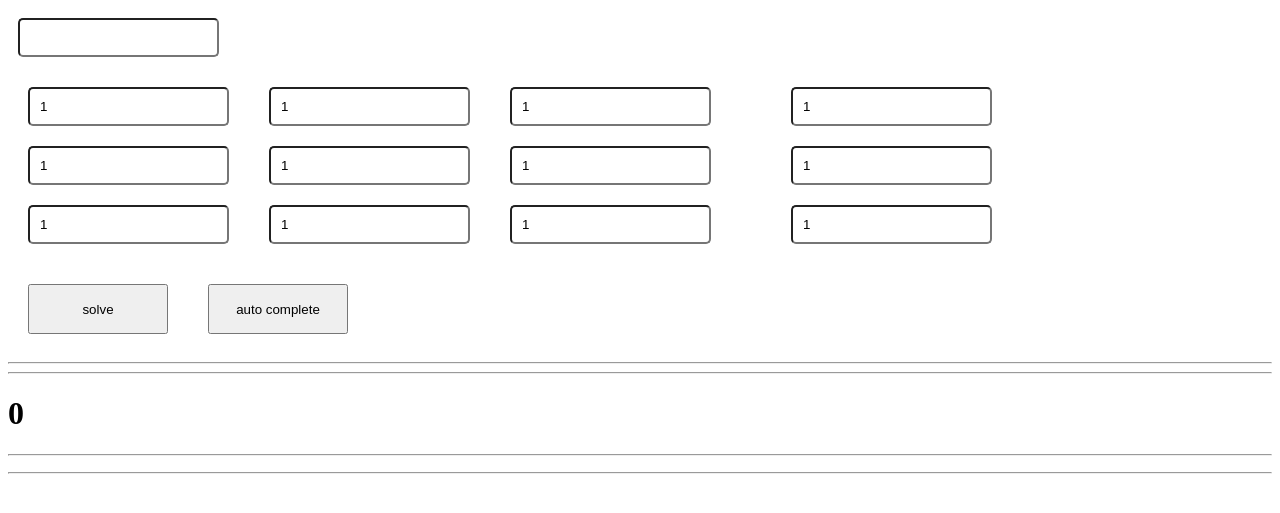
Repository: rutsguifd/dlya-ksyushi
Page: /
An editor plug-in stored every save of this project. The page is shown before and after the next save, followed by the edit.
The browser window is 1280 px wide. The pictures show the whole page.
The project was rebuilt for these pictures with package versions that can differ from the ones it lists, and the page was loaded fresh each time.

Above is the page before, as saved 2022-10-04 08:18:52.

### src/App.js
import { useEffect, useState } from "react";
import Input from "./components/Input";
import {
  autoCompleteMatrix,
  autoCompleteMatrix2,
} from "./utils/autoCompleteMatrix";
import { det } from "./utils/determinant";
import { gauss } from "./utils/gauss";
import { inverse } from "./utils/inverse";

function App() {
  const [columnCount, setColumnCount] = useState(3);
  const [twoDimArray, setTwoDimArray] = useState(
    Array(columnCount)
      .fill(0)
      .map(() => new Array(columnCount).fill(1))
  );
  const [oneDimArray, setOneDimArray] = useState(Array(columnCount).fill(1));
  const [solution, setSolution] = useState([]);
  const [deter, setDeter] = useState(0);
  const [inversed, setInversed] = useState([]);
  const onClickHandler = () => {
    setSolution(gauss(JSON.parse(JSON.stringify(twoDimArray)), oneDimArray));
    setDeter(det(JSON.parse(JSON.stringify(twoDimArray))));
    setInversed(inverse(JSON.parse(JSON.stringify(twoDimArray))));
  };
  const onClickHandler2 = () => {
    setTwoDimArray(autoCompleteMatrix(columnCount));
    setOneDimArray(autoCompleteMatrix2(columnCount));
  };
  if (solution.includes(NaN)) {
    setSolution(["matryca ne sumisna"]);
  }
  useEffect(() => {
    setTwoDimArray(
      Array(columnCount)
        .fill(0)
        .map(() => new Array(columnCount).fill(1))
    );
    setOneDimArray(Array(columnCount).fill(1));
  }, [columnCount]);
  const onChangeHandler = (ind1, ind2, value) => {
    const copy = JSON.parse(JSON.stringify(twoDimArray));
    copy[ind2][ind1] = value;
    setTwoDimArray(copy);
  };
  const onChangeHandler2 = (ind1, value) => {
    const copy = JSON.parse(JSON.stringify(oneDimArray));
    copy[ind1] = value;
    setOneDimArray(copy);
  };
  console.log(twoDimArray, oneDimArray, solution);
  return (
    <div className="App">
      <Input onChange={(e) => setColumnCount(+e.target.value)} />
      <div style={{ display: "flex" }}>
        {twoDimArray.map((rows, ind) => {
          return (
            <div
              style={{ margin: 10, display: "flex", flexDirection: "column" }}
              key={ind}
            >
              {rows.map((item, ind2) => (
                <Input
                  value={twoDimArray[ind2][ind]}
                  onChange={(e) => onChangeHandler(ind, ind2, +e.target.value)}
                  key={ind2}
                />
              ))}
            </div>
          );
        })}
        <div
          style={{
            margin: 10,
            marginLeft: 50,
            display: "flex",
            flexDirection: "column",
          }}
        >
          {oneDimArray.map((item, ind) => (
            <Input
              key={ind}
              value={oneDimArray[ind]}
              onChange={(e) => onChangeHandler2(ind, +e.target.value)}
            />
          ))}
        </div>
      </div>
      <button
        style={{ margin: 20, height: 50, width: 140 }}
        onClick={() => onClickHandler()}
      >
        solve
      </button>
      <button
        style={{ margin: 20, height: 50, width: 140 }}
        onClick={() => onClickHandler2()}
      >
        auto complete
      </button>
      <hr />
      {solution.map((x, ind) => (
        <h2 key={ind}>{x}</h2>
      ))}
      <hr />
      <h1>{deter}</h1>
      <hr />
      <div style={{ display: "flex" }}>
        {inversed.map((items, ind) => {
          return (
            <div
              key={ind}
              style={{ margin: 10, display: "flex", flexDirection: "column" }}
            >
              {items.map((item, ind2) => (
                <h2 key={ind2}>{item}</h2>
              ))}
            </div>
          );
        })}
      </div>
      <hr />
      <div></div>
    </div>
  );
}

export default App;

### src/components/Input.jsx
import React from 'react'

const Input = (props) => {
  return (
    <input style={{padding: 10, margin: 10, borderRadius: 5}} {...props} />
  )
}

export default Input

### src/utils/autoCompleteMatrix.js
export const autoCompleteMatrix = (col) => {
  let res = Array(col)
    .fill(0)
    .map(() => new Array(col).fill(1));

  for (let i = 0; i < col; i++) {
    for (let j = 0; j < col; j++) {
      res[i][j] = 1 / (i + 1 + j + 1 - 1);
    }
  }
  return res;
};


export const autoCompleteMatrix2 = (col) => {
  let res = []
  let mat = autoCompleteMatrix(col)
  for (let i = 0; i < col; i++) {
    res.push(Math.pow(i+1, 2))
  }
  return mat.map(arr => arr.reduce((prev, curr, i) => curr*res[i]+prev))
};

### src/utils/determinant.js
export function det(A) {
  // if (A.length === 2) {
  //   return A[0][0] * A[1][1] - A[0][1] * A[1][0];
  // }
  // let answer = 0;
  // for (let i = 0; i < A.length; i++) {
  //   answer += Math.pow(-1, i) * A[0][i] * det(delRnC(A, i));
  // }
  // console.log(answer);

  // return answer;
  let i, k, j;

  let A_copy = [];
  let x_copy = [];
  let n = A_copy.length;
  let abs = Math.abs;

  for (i = 0; i < A_copy.length; i++) {
    A_copy[i].push(x_copy[i]);
  }

  for (i = 0; i < n; i++) {
    // Search for maximum in this column
    let maxEl = abs(A_copy[i][i]),
      maxRow = i;
    for (k = i + 1; k < n; k++) {
      if (abs(A_copy[k][i]) > maxEl) {
        maxEl = abs(A_copy[k][i]);
        maxRow = k;
      }
    }
    // Swap maximum row with current row (column by column)
    for (k = i; k < n + 1; k++) {
      let tmp = A_copy[maxRow][k];
      A_copy[maxRow][k] = A_copy[i][k];
      A_copy[i][k] = tmp;
    }
    // Make all rows below this one 0 in current column
    for (k = i + 1; k < n; k++) {
      let c = -A_copy[k][i] / A_copy[i][i];
      for (j = i; j < n + 1; j++) {
        if (i === j) {
          A_copy[k][j] = 0;
        } else {
          A_copy[k][j] += c * A_copy[i][j];
        }
      }
    }
  }
  let determinant = 1;
  for (let i = 0; i < A.length; i++) {
    determinant = determinant * A[i][i];
  }
  return determinant;
}

// function delRnC(M, index) {
//   let temp = [];

//   for (let i = 0; i < M.length; i++) {
//     temp.push(M[i].slice(0));
//   }
//   temp.splice(0, 1);
//   for (let i = 0; i < temp.length; i++) {
//     temp[i].splice(index, 1);
//   }
//   return temp;
// }

### src/utils/gauss.js
// let abs = Math.abs;

// function array_fill(i, n, v) {
//   let a = [];
//   for (; i < n; i++) {
//     a.push(v);
//   }
//   return a;
// }

// export function gauss(A, x) {
//   let i, k, j;

//   // робимо одину матрицю
//   for (i = 0; i < A.length; i++) {
//     A[i].push(x[i]);
//   }
//   let n = A.length;

//   for (i = 0; i < n; i++) {
//     // шукаємо максимальну колонку
//     let maxEl = abs(A[i][i]),
//       maxRow = i;
//     for (k = i + 1; k < n; k++) {
//       if (abs(A[k][i]) > maxEl) {
//         maxEl = abs(A[k][i]);
//         maxRow = k;
//       }
//     }

//     // міняємо максимальний рядок з настоящим
//     for (k = i; k < n + 1; k++) {
//       let tmp = A[maxRow][k];
//       A[maxRow][k] = A[i][k];
//       A[i][k] = tmp;
//     }

//     // робимо всі рядки нижче даного 0 у даній колонці
//     for (k = i + 1; k < n; k++) {
//       let c = -A[k][i] / A[i][i];
//       for (j = i; j < n + 1; j++) {
//         if (i === j) {
//           A[k][j] = 0;
//         } else {
//           A[k][j] += c * A[i][j];
//         }
//       }
//     }
//   }

//   // рішаємо рівняння Ax=b для верхньої трикутної матриці A
//   x = array_fill(0, n, 0);
//   for (i = n - 1; i > -1; i--) {
//     x[i] = A[i][n] / A[i][i];
//     for (k = i - 1; k > -1; k--) {
//       A[k][n] -= A[k][i] * x[i];
//     }
//   }

//   return x;
// }

var abs = Math.abs;

function array_fill(i, n, v) {
  var a = [];
  for (; i < n; i++) {
    a.push(v);
  }
  return a;
}

export function gauss(A, x) {
  //Index variables
  var i, k, j;

  var A_copy = [];
  var x_copy = [];

  //Copy A
  for (i = 0; i < A.length; ++i) {
    A_copy[i] = A[i].slice();
  }

  //Copy b
  for (i = 0; i < x.length; ++i) {
    x_copy[i] = x[i];
  }
  // Just make a single matrix
  for (i = 0; i < A_copy.length; i++) {
    A_copy[i].push(x_copy[i]);
  }
  var n = A_copy.length;

  for (i = 0; i < n; i++) {
    // Search for maximum in this column
    var maxEl = abs(A_copy[i][i]),
      maxRow = i;
    for (k = i + 1; k < n; k++) {
      if (abs(A_copy[k][i]) > maxEl) {
        maxEl = abs(A_copy[k][i]);
        maxRow = k;
      }
    }
    // Swap maximum row with current row (column by column)
    for (k = i; k < n + 1; k++) {
      var tmp = A_copy[maxRow][k];
      A_copy[maxRow][k] = A_copy[i][k];
      A_copy[i][k] = tmp;
    }
    // Make all rows below this one 0 in current column
    for (k = i + 1; k < n; k++) {
      var c = -A_copy[k][i] / A_copy[i][i];
      for (j = i; j < n + 1; j++) {
        if (i === j) {
          A_copy[k][j] = 0;
        } else {
          A_copy[k][j] += c * A_copy[i][j];
        }
      }
    }
  }
  //determinant
  let determinant = 1;
  for (i = 0; i < A_copy.length; i++) {
    determinant = determinant * A_copy[i][i];
  }
  if (determinant === 0) {
    alert("matrica me sumisna");
    return [0, 0, 0];
  } else {
    alert(-1 * determinant);
    // Solve equation Ax=b for an upper triangular matrix A
    console.log(A_copy);
    x_copy = array_fill(0, n, 0);
    for (i = n - 1; i > -1; i--) {
      x_copy[i] = A_copy[i][n] / A_copy[i][i];
      for (k = i - 1; k > -1; k--) {
        A_copy[k][n] -= A_copy[k][i] * x_copy[i];
      }
    }
    return x_copy;
  }
}

### src/utils/inverse.js
// export function inverse(_A) {
//   let temp,
//     N = _A.length,
//     E = [];

import matrixInverse from "matrix-inverse";

//   for (let i = 0; i < N; i++) E[i] = [];

//   for (let i = 0; i < N; i++)
//     for (let j = 0; j < N; j++) {
//       E[i][j] = 0;
//       if (i === j) E[i][j] = 1;
//     }

//   for (let k = 0; k < N; k++) {
//     temp = _A[k][k];

//     for (let j = 0; j < N; j++) {
//       _A[k][j] /= temp;
//       E[k][j] /= temp;
//     }

//     for (let i = k + 1; i < N; i++) {
//       temp = _A[i][k];

//       for (let j = 0; j < N; j++) {
//         _A[i][j] -= _A[k][j] * temp;
//         E[i][j] -= E[k][j] * temp;
//       }
//     }
//   }

//   for (let k = N - 1; k > 0; k--) {
//     for (let i = k - 1; i >= 0; i--) {
//       temp = _A[i][k];

//       for (let j = 0; j < N; j++) {
//         _A[i][j] -= _A[k][j] * temp;
//         E[i][j] -= E[k][j] * temp;
//       }
//     }
//   }

//   for (let i = 0; i < N; i++) for (let j = 0; j < N; j++) _A[i][j] = E[i][j];
//   return _A;
// }

export function inverse(A) {
  return matrixInverse(A)
}

Loaded but not shown: public/index.html (common file); src/index.js (common file)

After the next save:
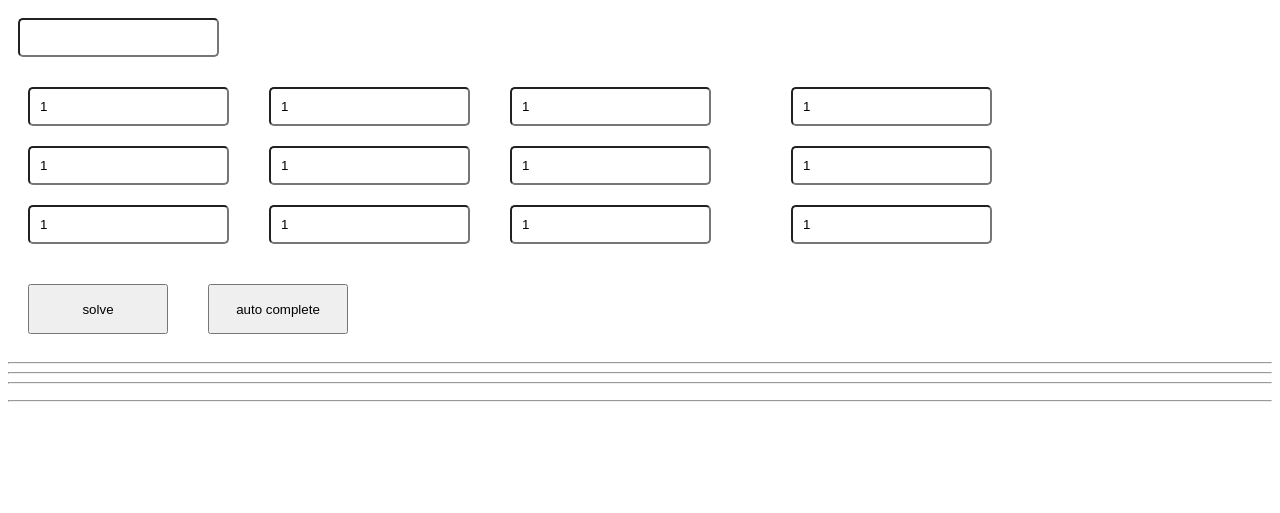
Saved 6 min 31 s later.
--- a/src/App.js
+++ b/src/App.js
@@ -104,7 +104,7 @@ function App() {
         <h2 key={ind}>{x}</h2>
       ))}
       <hr />
-      <h1>{deter}</h1>
+      {/* <h1>{deter}</h1> */}
       <hr />
       <div style={{ display: "flex" }}>
         {inversed.map((items, ind) => {
